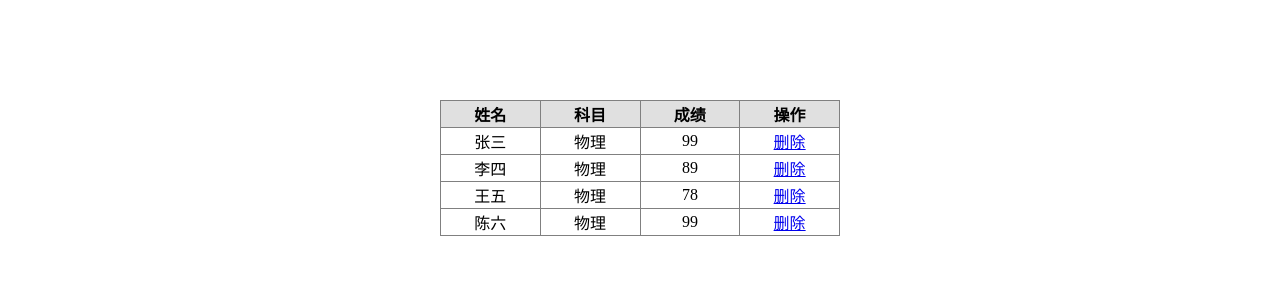
Repository: Sky0258/study
Page: js/10.动态生成表格.html
An editor plug-in stored every save of this project. The page is shown before and after the next save, followed by the edit.
The browser window is 1280 px wide. The pictures show the whole page.

Above is the page before, as saved 2022-09-11 20:46:39.

### js/10.动态生成表格.html
<!DOCTYPE html>
<html lang="en">

<head>
    <meta charset="UTF-8">
    <meta http-equiv="X-UA-Compatible" content="IE=edge">
    <meta name="viewport" content="width=device-width, initial-scale=1.0">
    <title>Document</title>
</head>
<style>
    table {
        border-collapse: collapse;
        width: 400px;
        margin: 100px auto;
    }

    thead tr {
        background-color: #e0e0e0;
    }

    td {
        text-align: center;
    }
</style>

<body>
    <table border="true">
        <thead>
            <tr>
                <th>姓名</th>
                <th>科目</th>
                <th>成绩</th>
                <th>操作</th>
            </tr>
        </thead>
        <tbody>

        </tbody>
    </table>
</body>
<script>
    var data = [{
            name: '张三',
            subject: '物理',
            grade: 99
        },
        {
            name: '李四',
            subject: '物理',
            grade: 89
        },
        {
            name: '王五',
            subject: '物理',
            grade: 78
        },
        {
            name: '陈六',
            subject: '物理',
            grade: 99
        }
    ]
    var table = document.querySelector('table');

    for (var i = 0; i < data.length; i++) {
        // 添加行
        var tr = document.createElement('tr');

        // 渲染数据单元格
        for (var j in data[i]) {
            var td = document.createElement('td');
            td.innerHTML = data[i][j];
            tr.appendChild(td);
        }
        // 添加删除操作单元格
        var del = document.createElement('td');
        del.innerHTML = "<a href='javascript:;'>删除</a>";
        tr.appendChild(del);

        table.children[1].appendChild(tr);
    }

    // 删除操作的点击事件
    var a = document.querySelectorAll('a');

    console.log(a);
    for (var k = 0; k < a.length; k++) {
        a[k].onclick = function () {
            console.log('aaaaaaaaaa');
            table.children[1].removeChild(this.parentNode.parentNode);
        }
    }
</script>

</html>

After the next save:
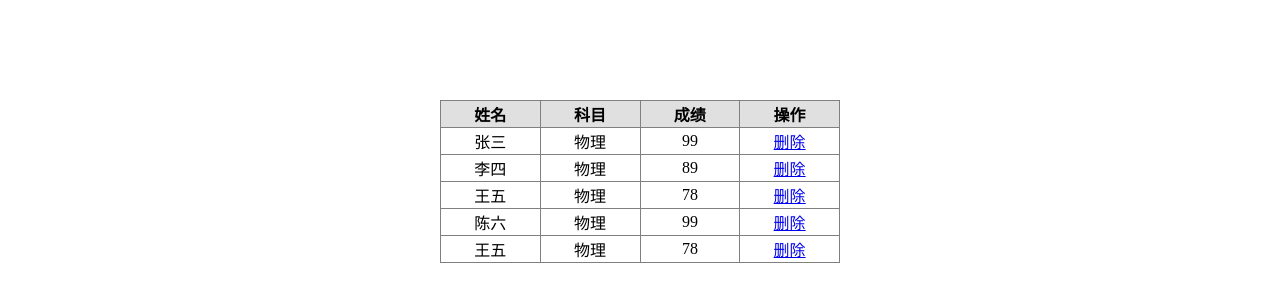
Saved 22 s later.
--- a/js/10.动态生成表格.html
+++ b/js/10.动态生成表格.html
@@ -58,7 +58,12 @@
             name: '陈六',
             subject: '物理',
             grade: 99
-        }
+        },
+        {
+            name: '王五',
+            subject: '物理',
+            grade: 78
+        },
     ]
     var table = document.querySelector('table');
 
